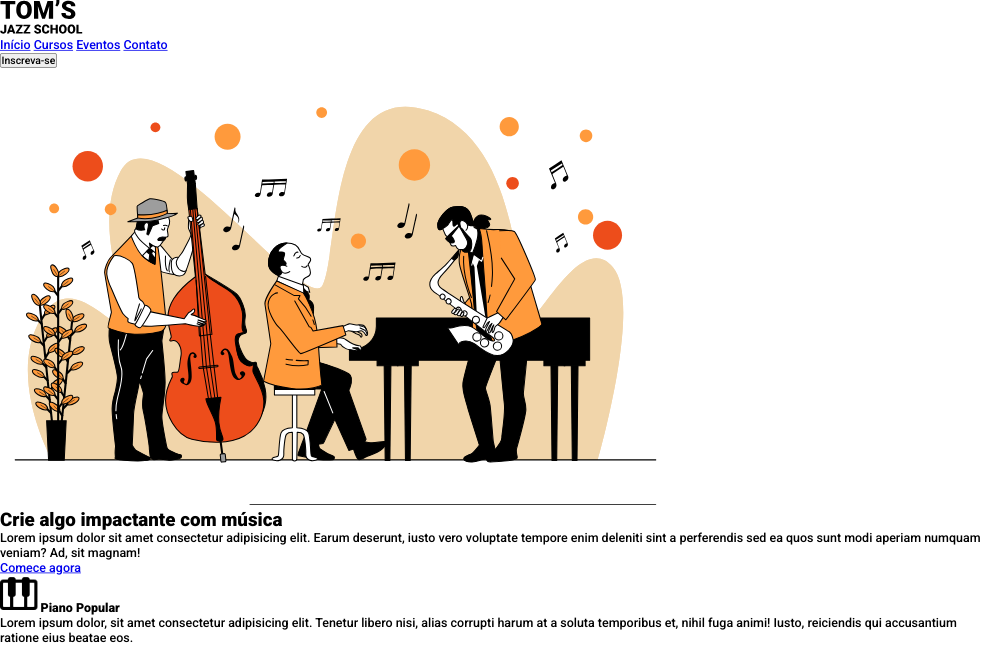
Repository: tenoriodasilva31/OBC-Music-School
Page: index.html
An editor plug-in stored every save of this project. The page is shown before and after the next save, followed by the edit.
The browser window is 1280 px wide. The pictures show the whole page, at 78% of full size.

Above is the page before, as saved 2023-07-05 16:46:21.

### index.html
<!DOCTYPE html>
<html lang="pt-BR">
<head>
    <meta charset="UTF-8">
    <meta name="viewport" content="width=device-width, initial-scale=1.0">
    <title>Tom's Jazz School</title>

    <link rel="preconnect" href="https://fonts.googleapis.com">
    <link rel="preconnect" href="https://fonts.gstatic.com" crossorigin>

    <link rel="stylesheet" href="index.css">

    <link href="https://fonts.googleapis.com/css2?family=Roboto:wght@500;900&display=swap" rel="stylesheet">
</head>
<body>
    <header>
        <img src="./img/logo.svg" alt="Tom's School">
        <nav>
            <a href="#">Início</a>
            <a href="#">Cursos</a>
            <a href="#">Eventos</a>
            <a href="#">Contato</a>
        </nav>
        <button href="#" class="button">Inscreva-se</button>
    </header>
    <main>
        <section>
            <img src="/img/hero-img.svg" alt="Banda de jazz se apresentando">
            <div>
                <h1>Crie algo <span>impactante</span> com música</h1>
                <p>Lorem ipsum dolor sit amet consectetur adipisicing elit. Earum deserunt, iusto vero voluptate tempore enim deleniti sint a perferendis sed ea quos sunt modi aperiam numquam veniam? Ad, sit magnam!</p>
                <a href="#" class="button">Comece agora</a>
            </div>
        </section>
        <section>
            <article>
                <img src="/img/piano.png" alt="icone de teclas de piano">
                <strong>Piano Popular</strong>
                <p>Lorem ipsum dolor, sit amet consectetur adipisicing elit. Tenetur libero nisi, alias corrupti harum at a soluta temporibus et, nihil fuga animi! Iusto, reiciendis qui accusantium ratione eius beatae eos.</p>
            </article>
        </section>
    </main>
</body>
</html>

### index.css
* {
    box-sizing: border-box;
    font-family: 'Roboto', sans-serif;
    margin: 0;
    padding: 0;
}

:root {
    --color-primary: #ED4D1B;
    --color-secondary: #FF9a3c;
    --color-black: #000;
    --color-white: #FFF;
}

After the next save:
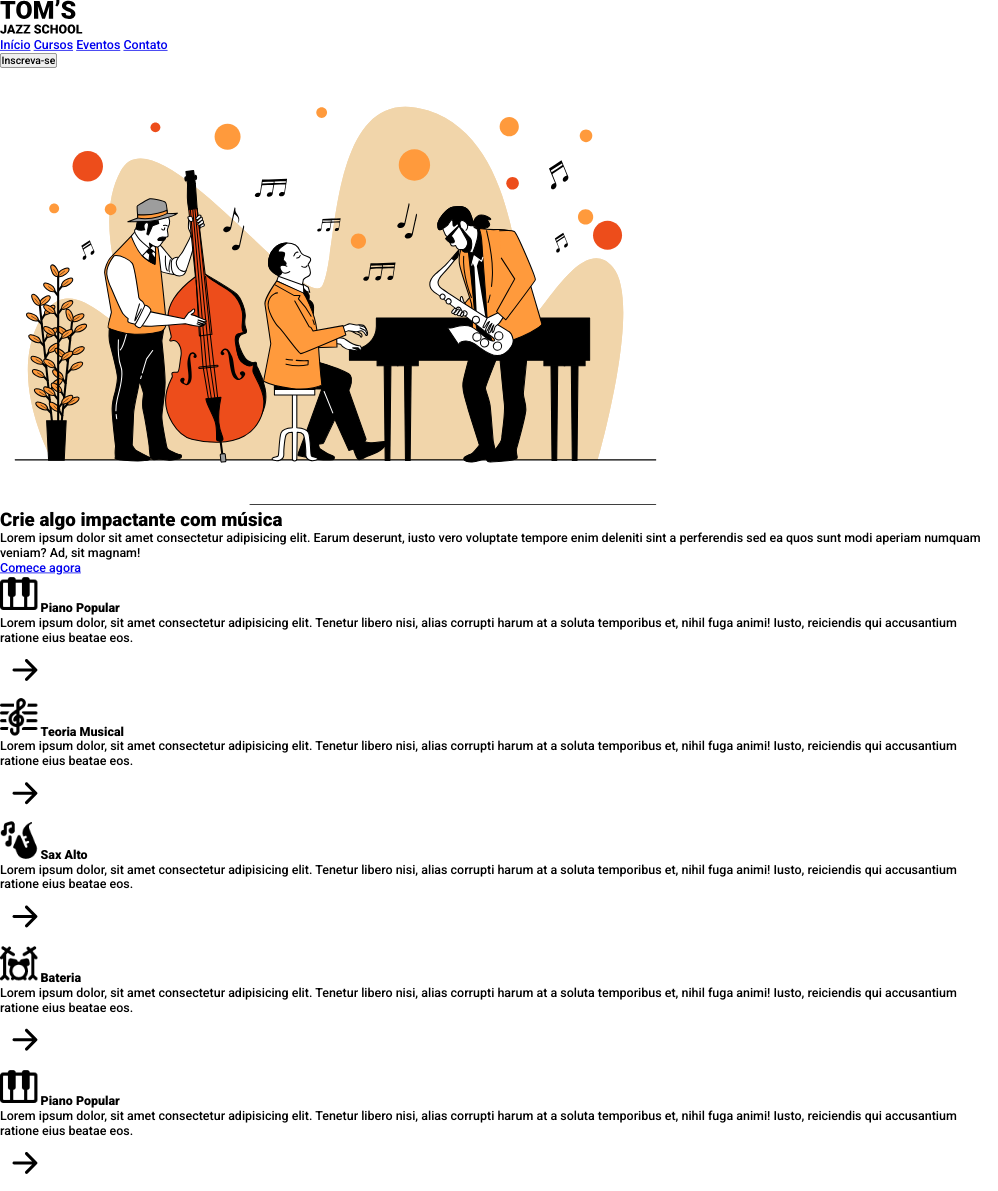
Saved 2 min 51 s later.
--- a/index.html
+++ b/index.html
@@ -37,6 +37,41 @@
                 <img src="/img/piano.png" alt="icone de teclas de piano">
                 <strong>Piano Popular</strong>
                 <p>Lorem ipsum dolor, sit amet consectetur adipisicing elit. Tenetur libero nisi, alias corrupti harum at a soluta temporibus et, nihil fuga animi! Iusto, reiciendis qui accusantium ratione eius beatae eos.</p>
+                <a href="#">
+                    <img src="/img/arrow-right.svg" alt="Ir para página do curso">
+                </a>
+            </article>
+            <article>
+                <img src="/img/clef.png" alt="icone clave">
+                <strong>Teoria Musical</strong>
+                <p>Lorem ipsum dolor, sit amet consectetur adipisicing elit. Tenetur libero nisi, alias corrupti harum at a soluta temporibus et, nihil fuga animi! Iusto, reiciendis qui accusantium ratione eius beatae eos.</p>
+                <a href="#">
+                    <img src="/img/arrow-right.svg" alt="Ir para página do curso">
+                </a>
+            </article>
+            <article>
+                <img src="/img/sax.png" alt="icone de teclas de piano">
+                <strong>Sax Alto</strong>
+                <p>Lorem ipsum dolor, sit amet consectetur adipisicing elit. Tenetur libero nisi, alias corrupti harum at a soluta temporibus et, nihil fuga animi! Iusto, reiciendis qui accusantium ratione eius beatae eos.</p>
+                <a href="#">
+                    <img src="/img/arrow-right.svg" alt="Ir para página do curso">
+                </a>
+            </article>
+            <article>
+                <img src="/img/drums.png" alt="icone de teclas de piano">
+                <strong>Bateria</strong>
+                <p>Lorem ipsum dolor, sit amet consectetur adipisicing elit. Tenetur libero nisi, alias corrupti harum at a soluta temporibus et, nihil fuga animi! Iusto, reiciendis qui accusantium ratione eius beatae eos.</p>
+                <a href="#">
+                    <img src="/img/arrow-right.svg" alt="Ir para página do curso">
+                </a>
+            </article>
+            <article>
+                <img src="/img/piano.png" alt="icone de teclas de piano">
+                <strong>Piano Popular</strong>
+                <p>Lorem ipsum dolor, sit amet consectetur adipisicing elit. Tenetur libero nisi, alias corrupti harum at a soluta temporibus et, nihil fuga animi! Iusto, reiciendis qui accusantium ratione eius beatae eos.</p>
+                <a href="#">
+                    <img src="/img/arrow-right.svg" alt="Ir para página do curso">
+                </a>
             </article>
         </section>
     </main>
